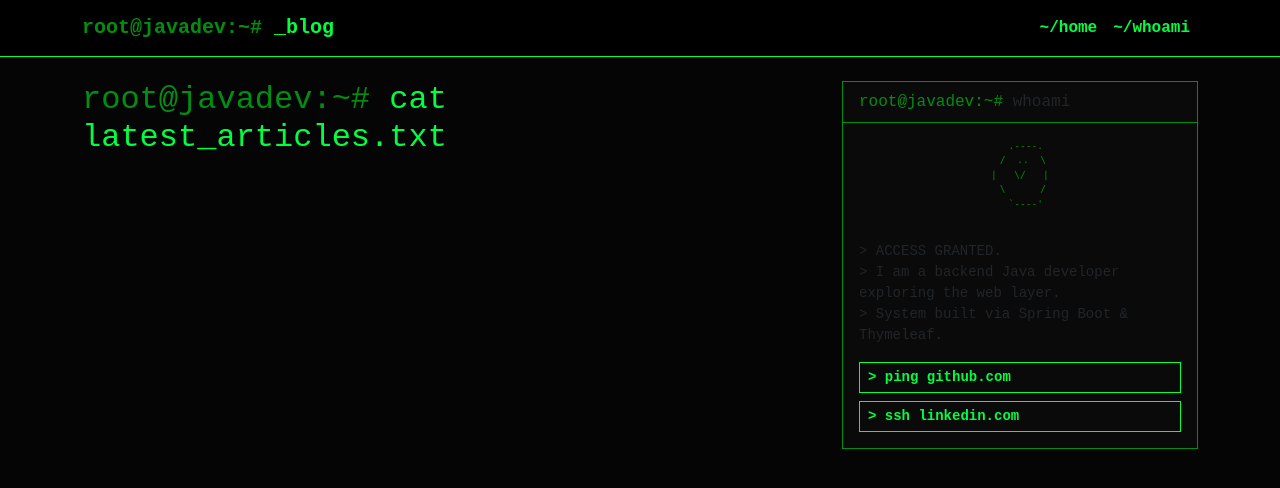
Repository: gd0t/gd0t-blog
Page: http://localhost/index
These files come from the project's save history. The page is drawn as it stood at one moment and after the next save; the edit follows.
The browser window is 1280 px wide. The pictures show the whole page.
The page is this project's Thymeleaf template; nobody is signed in. The template is opened directly, without the code that normally fills it, so the values that code supplies are empty.

Above is the page before, as saved 2026-05-21 00:01:04.

After the next save:
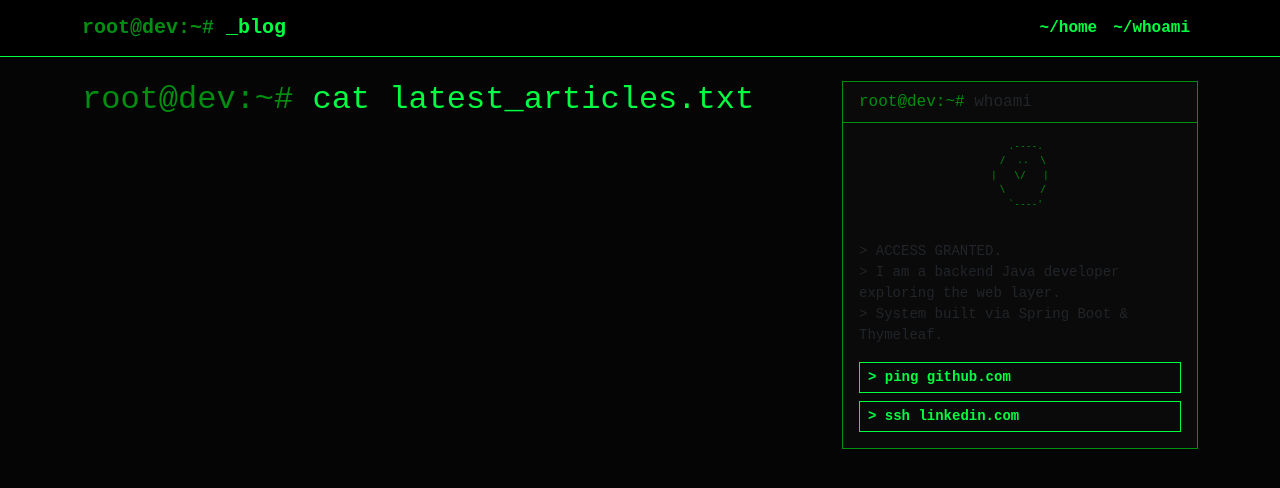
Saved 28 s later.
--- a/gd0t/src/main/resources/static/css/style.css
+++ b/gd0t/src/main/resources/static/css/style.css
@@ -51,7 +51,7 @@ a:hover {
 }
 
 .prompt::before {
-    content: "root@javadev:~# ";
+    content: "root@dev:~# ";
     color: #008F11;
 }
 
